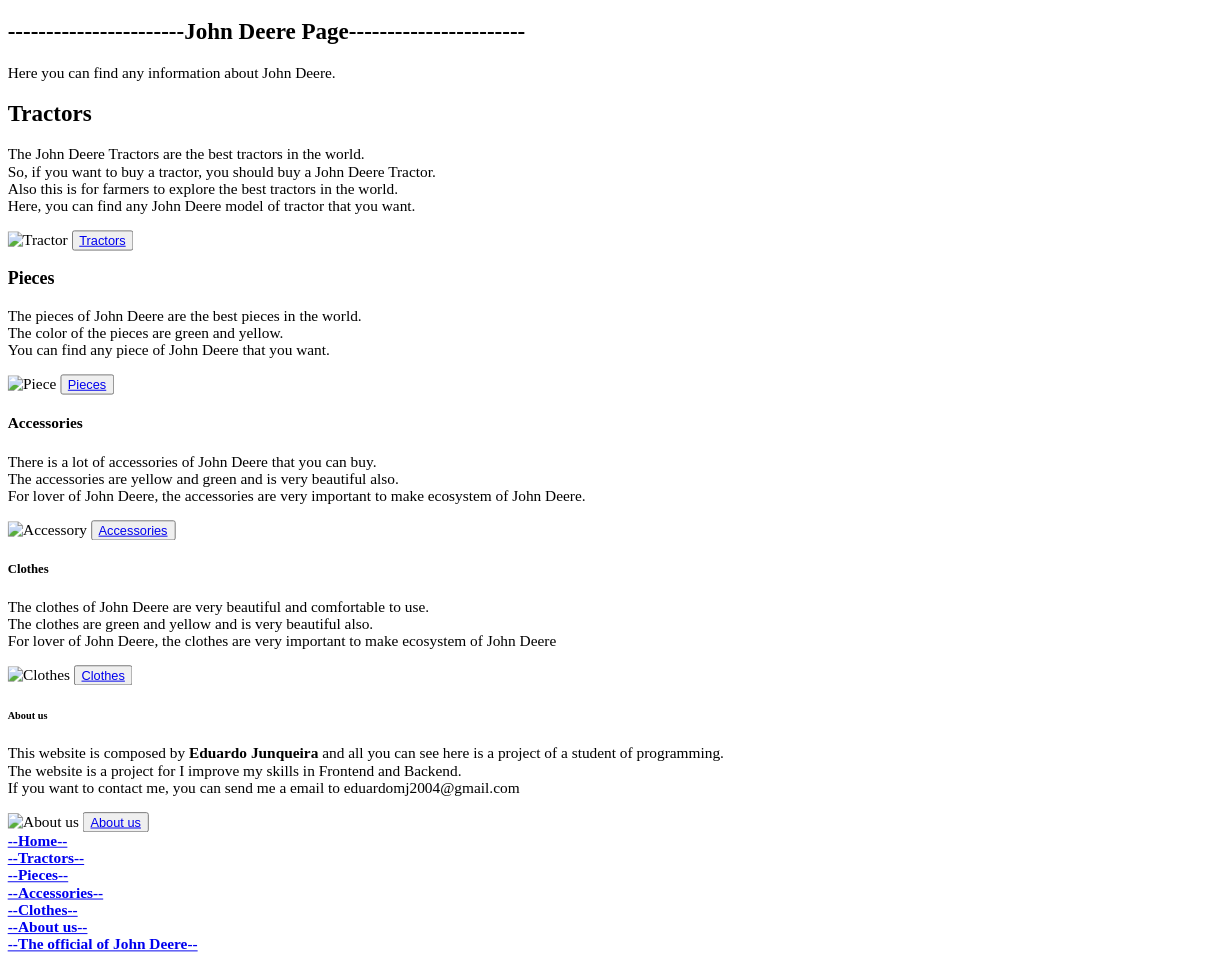
Repository: EduardoJunqueira2004/WEBJohnDeere
Page: HTML/index.html
The author's editor kept a copy of each file at every save. The page is drawn from the files as they stood at one save, then again after the next save.
The browser window is 1280 px wide. The pictures show the whole page, at 96% of full size.

Above is the page before, as saved 2024-12-07 15:47:21.

After the next save:
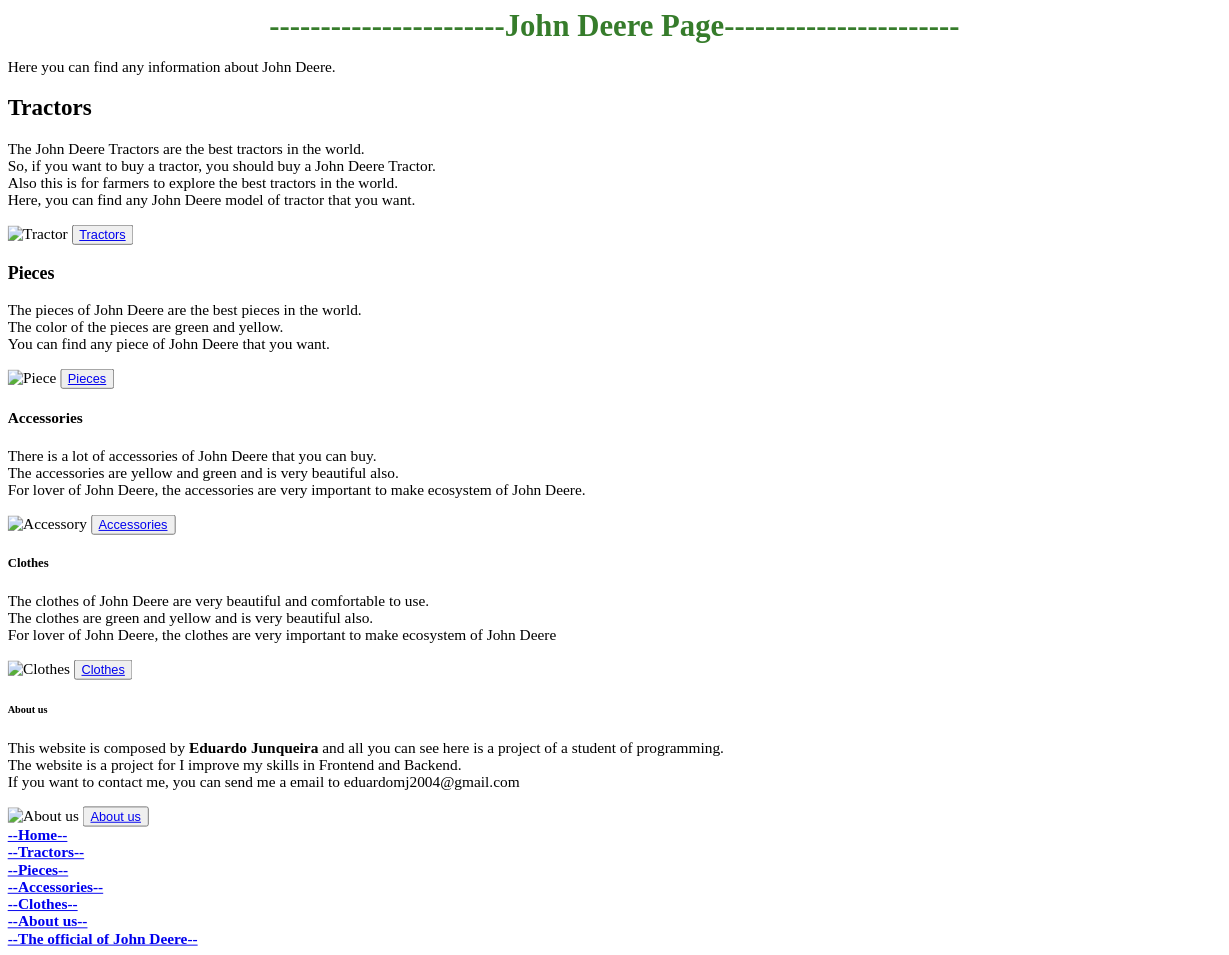
Saved 4 s later.
--- a/CSS/index.css
+++ b/CSS/index.css
@@ -1,6 +1,6 @@
 /* This file contains the CSS for the index.html file */
 /*John Deere green and yellow */
-/*header1*
+/*header1*/
 h1{
     color: #367C2B;
     font-size: 2em;
@@ -10,7 +10,7 @@
     margin-bottom: 0;
 
 }
-//header2
+/*header2
 h2{
     color: #367C2B;
     font-size: 1.5em;
